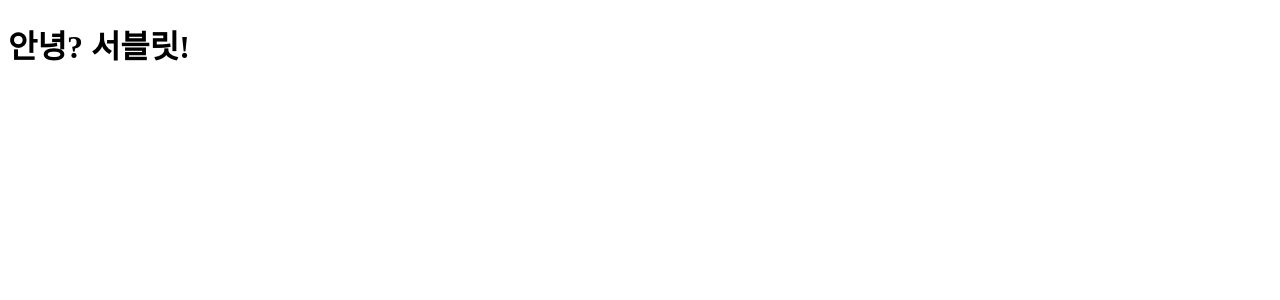
Repository: rsvprzdz/Servlet
Page: 1_servlet/src/main/webapp/index.html
These files come from the project's save history. The page is drawn as it stood at one moment and after the next save; the edit follows.
The browser window is 1280 px wide. The pictures show the whole page.

Above is the page before, as saved 2024-08-22 01:43:05.

### 1_servlet/src/main/webapp/index.html
<!DOCTYPE html>
<html>
<head>
<meta charset="UTF-8">
<title>서블릿 시작하기</title>
</head>
<body>
	<h1>안녕? 서블릿!</h1>
</body>
</html>

After the next save:
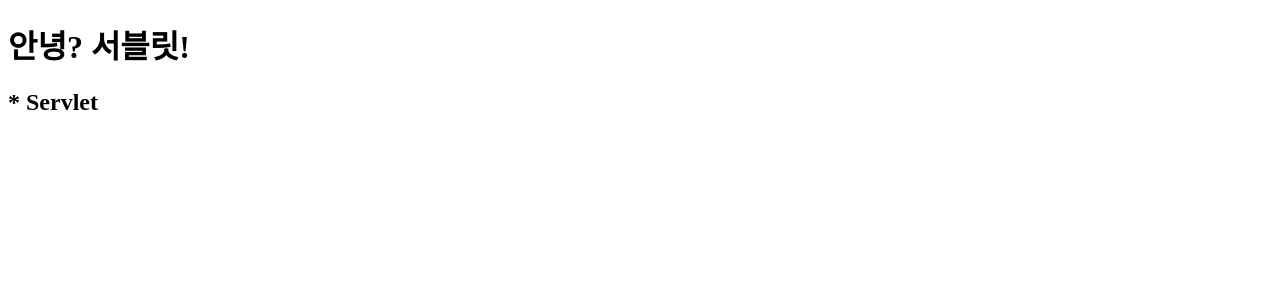
Saved 20 min 16 s later.
--- a/1_servlet/src/main/webapp/index.html
+++ b/1_servlet/src/main/webapp/index.html
@@ -6,5 +6,8 @@
 </head>
 <body>
 	<h1>안녕? 서블릿!</h1>
+
+	<h2>* Servlet</h2>
+
 </body>
 </html>
